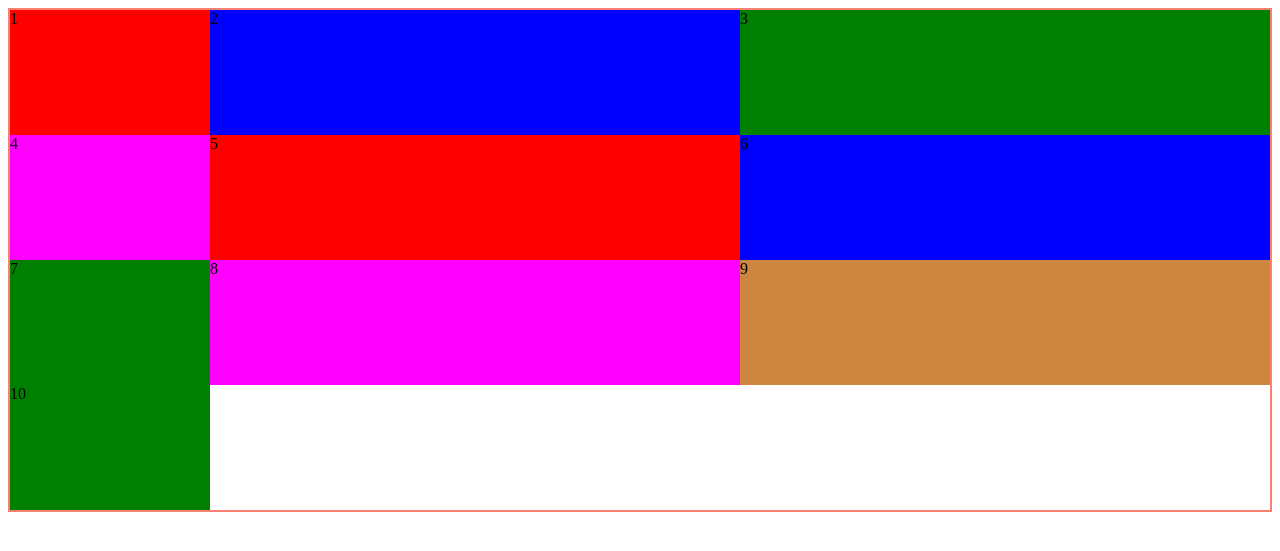
Repository: DinkarRavi/Dinkar_Coding
Page: 22aug24/grid.html
An editor plug-in stored every save of this project. The page is shown before and after the next save, followed by the edit.
The browser window is 1280 px wide. The pictures show the whole page.

Above is the page before, as saved 2024-08-22 15:15:00.

After the next save:
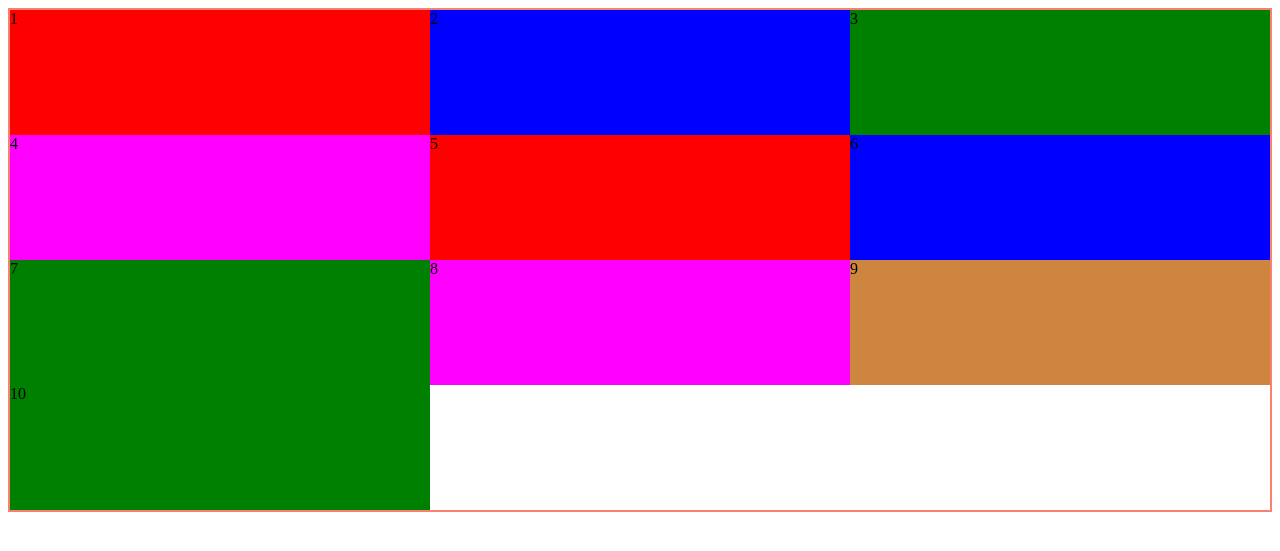
Saved 7 s later.
--- a/22aug24/grid.css
+++ b/22aug24/grid.css
@@ -5,7 +5,7 @@
 
 height: 500px;
 display: grid;
-grid-template-columns: 200px 1fr 1fr;
+grid-template-columns: 1fr 1fr 1fr;
 /* grid-template-rows: 200px 200px;  */
 /* grid-auto-rows: 50px;
 grid-template-columns:100px;  */
